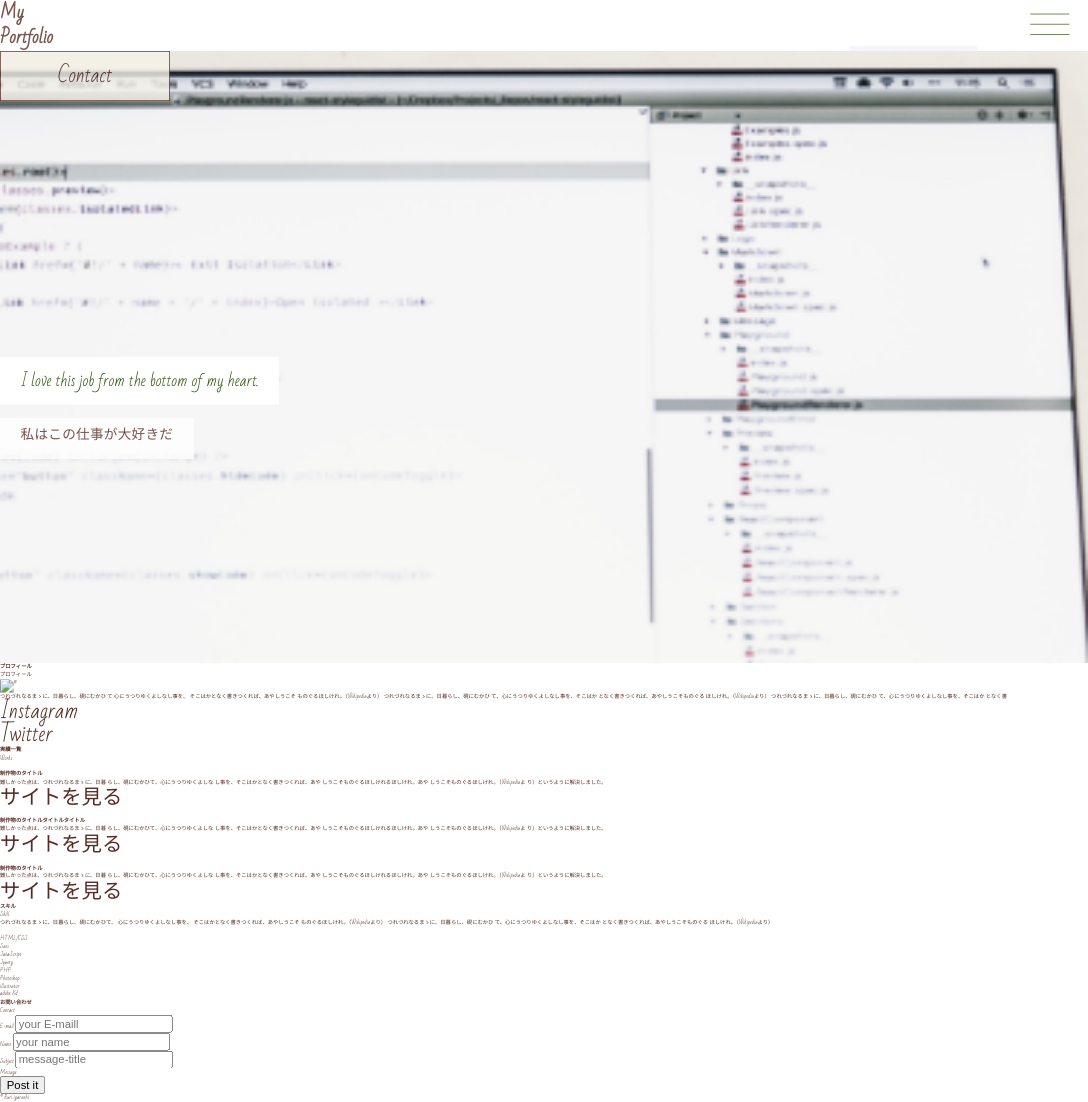
Repository: ppmp556/igarashi.kakuu
Page: index.html
The author's editor kept a copy of each file at every save. The page is drawn from the files as they stood at one save, then again after the next save.
The browser window is 1280 px wide. The pictures show the whole page, at 85% of full size.
Some web libraries are served in a nearby version. The style sheet was rebuilt from its Sass, Less or Tailwind sources for each picture, by a compiler version that may differ from the author's.

Above is the page before, as saved 2020-10-22 12:37:42.
Console error: TypeError: Cannot read properties of null (reading 'addEventListener')

After the next save:
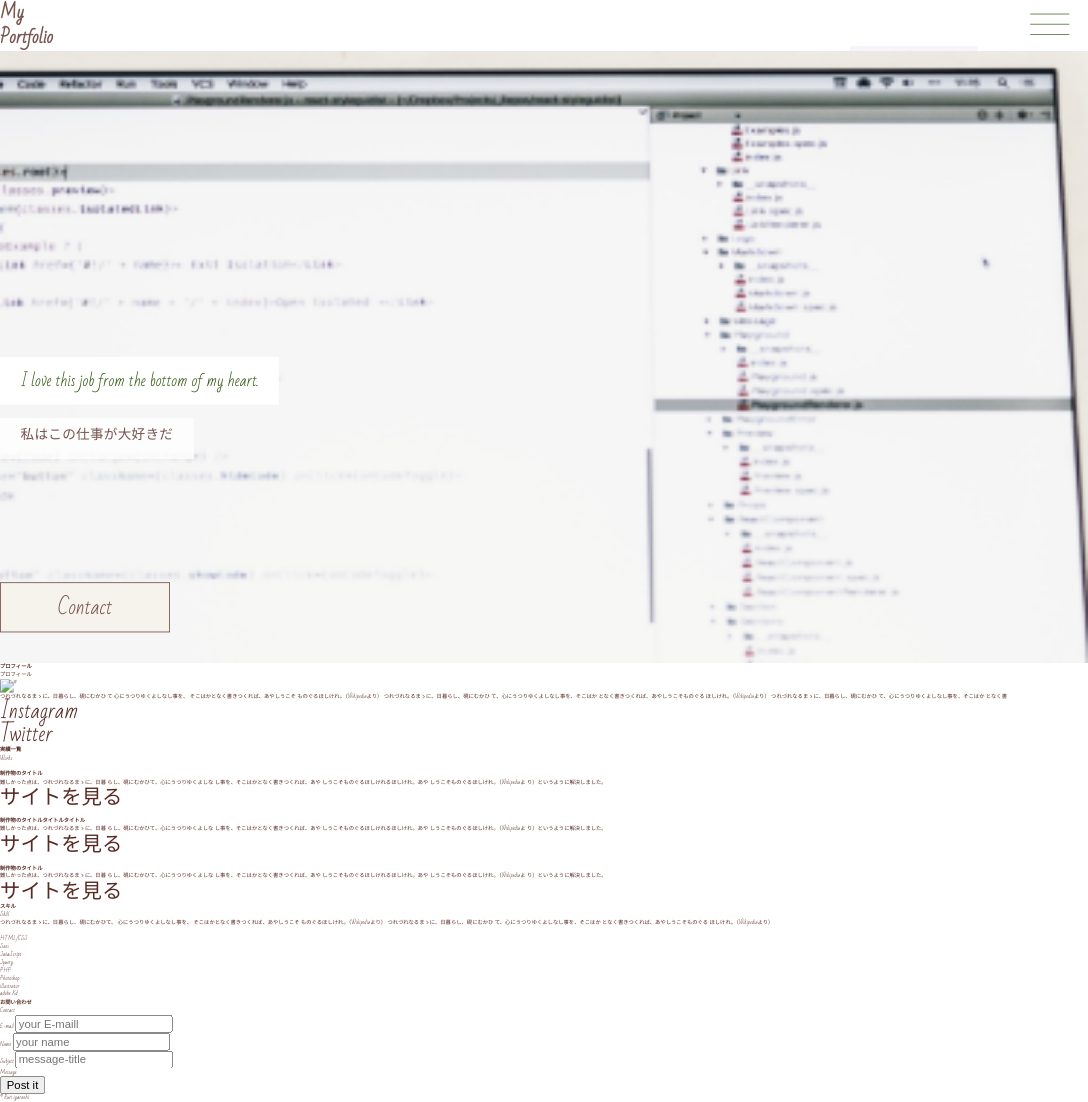
Saved 26 s later.
--- a/scss/style.scss
+++ b/scss/style.scss
@@ -326,7 +326,8 @@ kv
 
 .contact_box {
     display: block;
-
+    position: absolute;
+    bottom: 5%;
     width: 20rem;
     line-height: 45px;
     // margin-top: auto;
